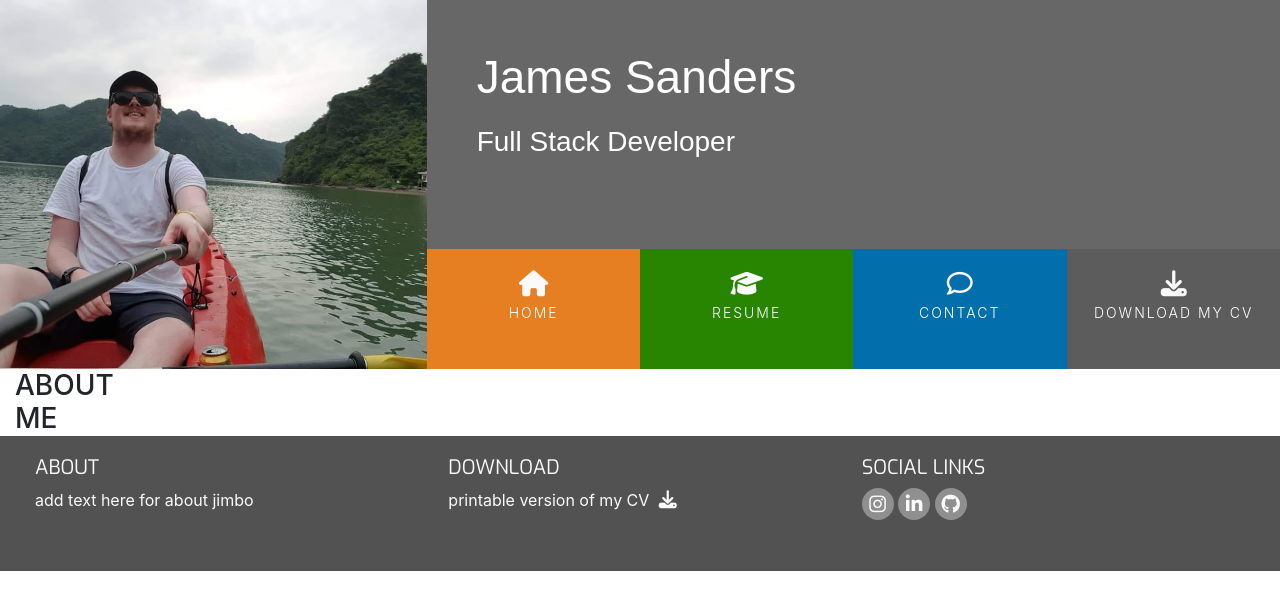
Repository: JaySanders95/my-online-resume
Page: index.html
These files come from the project's save history. The page is drawn as it stood at one moment and after the next save; the edit follows.
The browser window is 1280 px wide. The pictures show the whole page.
Some web fonts or font styles are not loaded; a fallback is used. Some web libraries are served in a nearby version.

Above is the page before, as saved 2023-04-19 18:42:22.

After the next save:
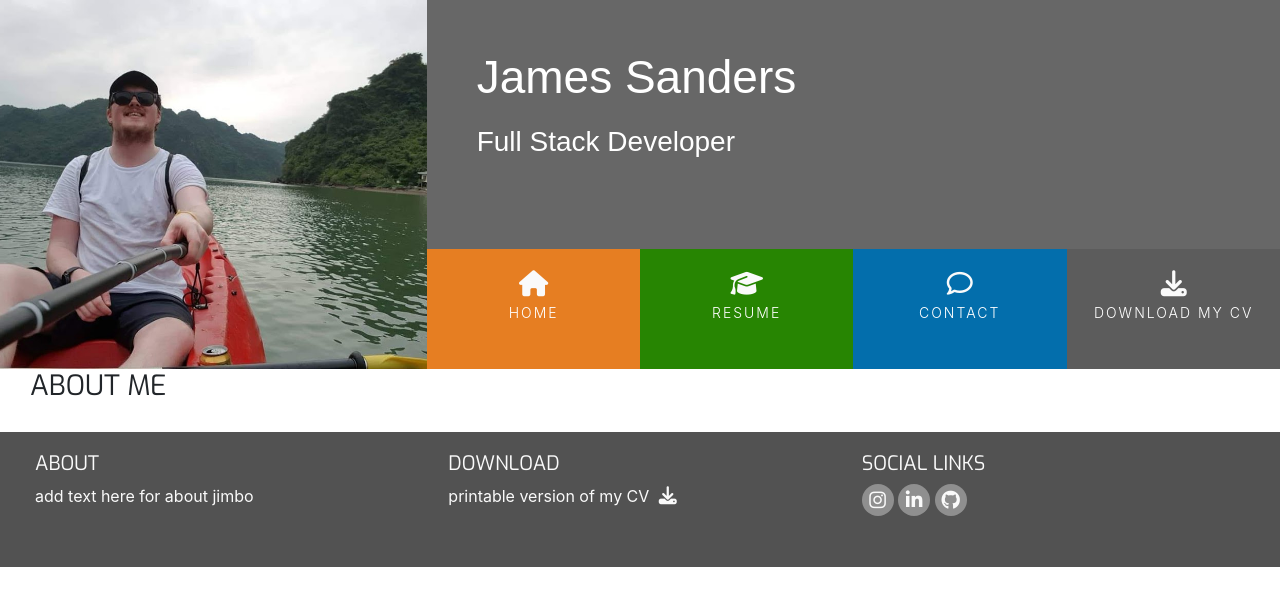
Saved 81 s later.
--- a/assets/css/style.css
+++ b/assets/css/style.css
@@ -51,6 +51,15 @@ h1,h2,h3,h4 {
 .row-table {
     display: table;
 
+}
+.section-column {
+    display: table-cell;
+    padding: 0 30px 30px;
+    float: none;
+}
+
+.section-heading {
+    font-family: 'Exo', sans-serif;
 }
 
 /* ------- Headers ---------*/
